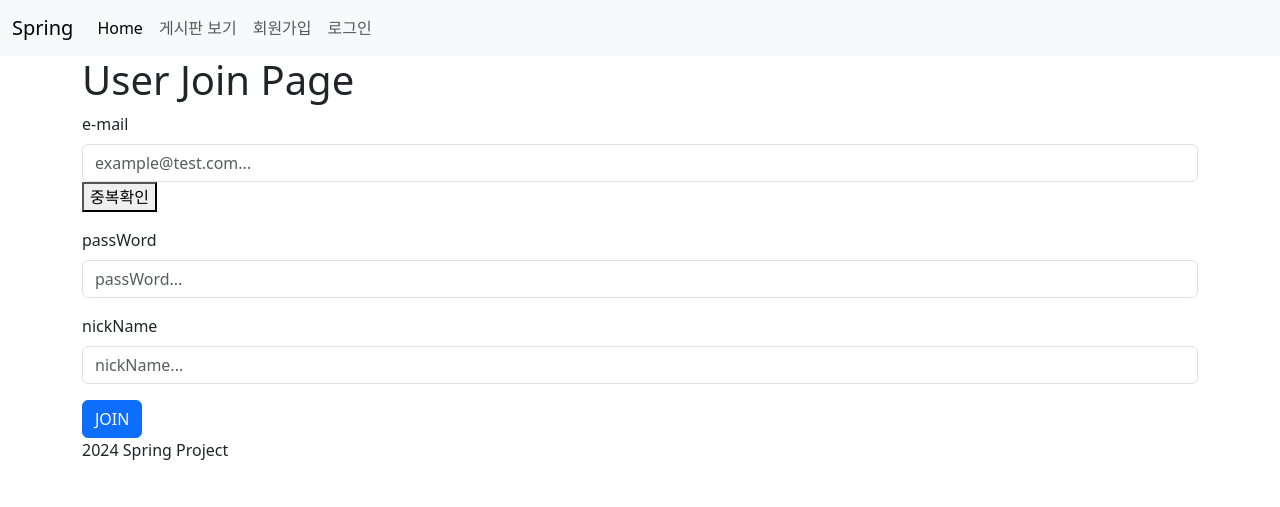
Repository: havanara/240423_SPRING_Project
Page: http://localhost/spring_test2/WEB-INF/views/user/register.jsp
An editor plug-in stored every save of this project. The page is shown before and after the next save, followed by the edit.
The browser window is 1280 px wide. The pictures show the whole page.
The page is served by Tomcat 9. Nobody is signed in. Other server files are loaded and not shown. The template is opened directly, without the code that normally fills it, so the values that code supplies are empty.

Above is the page before, as saved 2024-05-09 03:29:18.
Console error: TypeError: Cannot read properties of null (reading 'addEventListener')

### spring_test2/src/main/webapp/WEB-INF/views/user/register.jsp
<%@ page language="java" contentType="text/html; charset=UTF-8"
    pageEncoding="UTF-8"%>

<jsp:include page="../layout/header.jsp" />

<div class="container-md">
<h1>User Join Page</h1>
<form action="/user/register" method="post">

	<div class="mb-3">
	  <label for="e" class="form-label">e-mail</label>
	  <input type="email" class="form-control" name="email" id="e" placeholder="example@test.com...">
	  <button type="submit">중복확인</button>
	</div>
	<div class="mb-3">
	  <label for="p" class="form-label">passWord</label>
	  <input type="password" class="form-control" name="pwd" id="p" placeholder="passWord...">
	</div>
	<div class="mb-3">
	  <label for="n" class="form-label">nickName</label>
	  <input type="text" class="form-control" name="nickName" id="n" placeholder="nickName...">
	</div>

	<button type="submit" class="btn btn-primary">JOIN</button>
</form>

</div>

<jsp:include page="../layout/footer.jsp" />

### spring_test2/src/main/webapp/WEB-INF/views/layout/header.jsp
<%@ page language="java" contentType="text/html; charset=UTF-8"
    pageEncoding="UTF-8"%>
    <%@ taglib uri="http://java.sun.com/jsp/jstl/core" prefix="c" %>
    <%@ taglib uri="http://www.springframework.org/security/tags" prefix="sec" %>
<!DOCTYPE html>
<html>
<head>
<meta charset="UTF-8">
<title>header.jsp</title>
<link href="/re/css/bootstrap.min.css" rel="stylesheet" integrity="sha384-QWTKZyjpPEjISv5WaRU9OFeRpok6YctnYmDr5pNlyT2bRjXh0JMhjY6hW+ALEwIH" crossorigin="anonymous">
<script src="/re/js/bootstrap.bundle.min.js" integrity="sha384-YvpcrYf0tY3lHB60NNkmXc5s9fDVZLESaAA55NDzOxhy9GkcIdslK1eN7N6jIeHz" crossorigin="anonymous"></script>
</head>
<body>
<nav class="navbar navbar-expand-lg bg-body-tertiary">
  <div class="container-fluid">
    <a class="navbar-brand" href="#">Spring</a>
    <button class="navbar-toggler" type="button" data-bs-toggle="collapse" data-bs-target="#navbarSupportedContent" aria-controls="navbarSupportedContent" aria-expanded="false" aria-label="Toggle navigation">
      <span class="navbar-toggler-icon"></span>
    </button>
    <div class="collapse navbar-collapse" id="navbarSupportedContent">
      <ul class="navbar-nav me-auto mb-2 mb-lg-0">
        <li class="nav-item">
          <a class="nav-link active" aria-current="page" href="/">Home</a>
        </li>
        <li class="nav-item">
          <a class="nav-link" href="/board/list">게시판 보기</a>
        </li>

        <sec:authorize access="isAnonymous()">
	         <li class="nav-item">
	          <a class="nav-link" href="/user/register">회원가입</a>
	        </li>
	        <li class="nav-item">
	          <a class="nav-link" href="/user/login">로그인</a>
	        </li>
        </sec:authorize>

        <!-- access의 권한이 있는지 확인 -->
        <!-- 현재 사용자의 정보 : principal -->
        <sec:authorize access="isAuthenticated()">
        <sec:authentication property="principal.uvo.email" var="authEmail"/>
        <sec:authentication property="principal.uvo.nickName" var="authNick"/>
        <sec:authentication property="principal.uvo.authList" var="auths"/>
        <li class="nav-item">
          <a class="nav-link" href="/board/register">게시판 글쓰기</a>
        </li>
        <c:choose>
        	<c:when test="${auths.stream().anyMatch(authVO -> authVO.auth.equals('ROLE_ADMIN')).get() }">
		        <li class="nav-item">
		          <a class="nav-link" href="/user/list">회원리스트 ${authNick }(${authEmail } / ADMIN)</a>
	    	    </li>
	    	    <li class="nav-item">
	          	  <a class="nav-link" href="/user/modify">회원정보수정 ${authNick}(${authEmail})</a>
	        	</li>
        	</c:when>
        	<c:otherwise>
	        	<li class="nav-item">
	          	  <a class="nav-link" href="/user/modify">회원정보수정 ${authNick}(${authEmail})</a>
	        	</li>
        	</c:otherwise>
        </c:choose>

	        <li class="nav-item">
	          <a class="nav-link" href="" id="logoutLink">로그아웃</a>
	        </li>

	        <form action="/user/logout" method="post" id="logoutForm">
	        	<!-- 인증된 계정의 이메일 -->
	        	<input type="hidden" name="email" value="${authEmail }">
	        </form>
        </sec:authorize>

      </ul>
    </div>
  </div>
</nav>

<script type="text/javascript">
document.getElementById('logoutLink').addEventListener('click',(e)=>{
	e.preventDefault();
    document.getElementById('logoutForm').submit();
});
</script>

### spring_test2/src/main/webapp/WEB-INF/views/layout/footer.jsp
<%@ page language="java" contentType="text/html; charset=UTF-8"
    pageEncoding="UTF-8"%>
<!DOCTYPE html>

<div class="container-md">
	2024 Spring Project
</div>

</body>
</html>

Loaded but not shown: spring_test2/src/main/webapp/resources/css/bootstrap.min.css (library); spring_test2/src/main/webapp/resources/js/bootstrap.bundle.min.js (library)

After the next save:
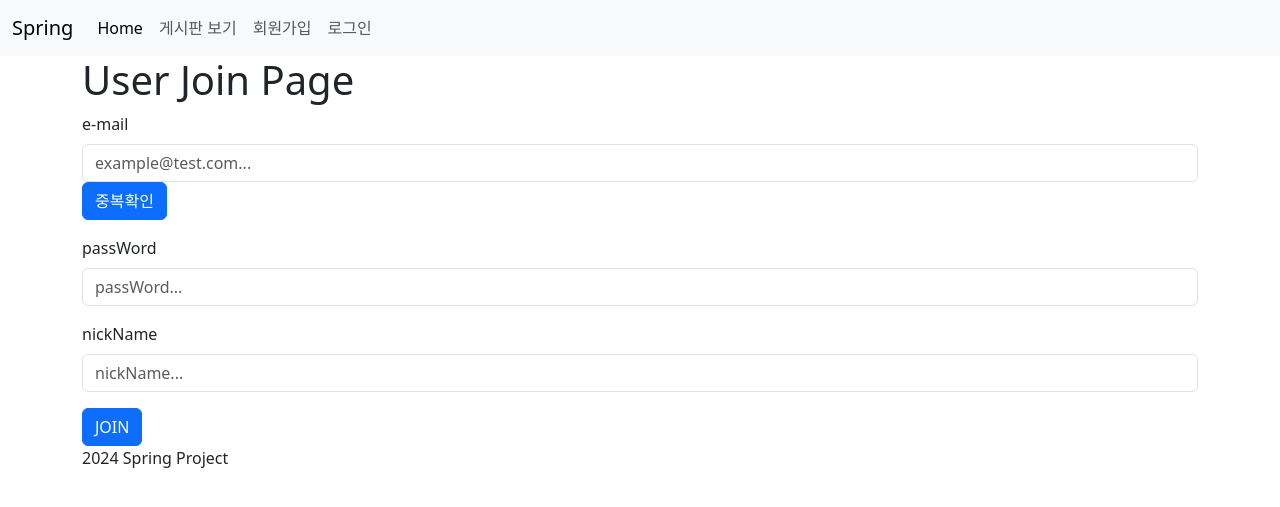
Saved 11 s later.
--- a/spring_test2/src/main/webapp/WEB-INF/views/user/register.jsp
+++ b/spring_test2/src/main/webapp/WEB-INF/views/user/register.jsp
@@ -10,7 +10,7 @@
 	<div class="mb-3">
 	  <label for="e" class="form-label">e-mail</label>
 	  <input type="email" class="form-control" name="email" id="e" placeholder="example@test.com...">
-	  <button type="submit">중복확인</button>
+	  <button type="submit" class="btn btn-primary">중복확인</button>
 	</div>
 	<div class="mb-3">
 	  <label for="p" class="form-label">passWord</label>
